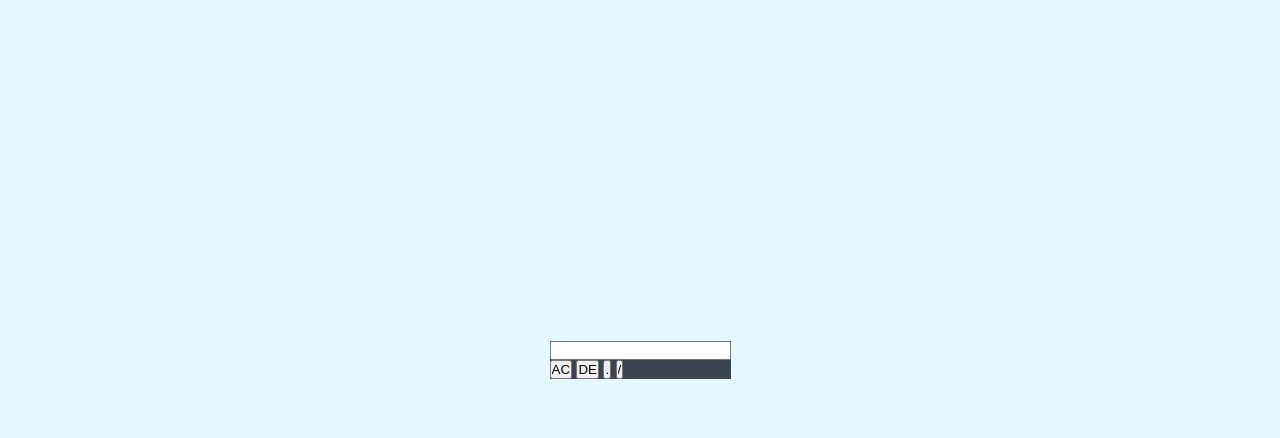
Repository: YAAMAR/calculator
Page: index.html
An editor plug-in stored every save of this project. The page is shown before and after a run of saves, followed by the edit.
The browser window is 1280 px wide. The pictures show the whole page.

Above is the page before, as saved 2024-05-02 21:25:09.

After the next 4 saves:
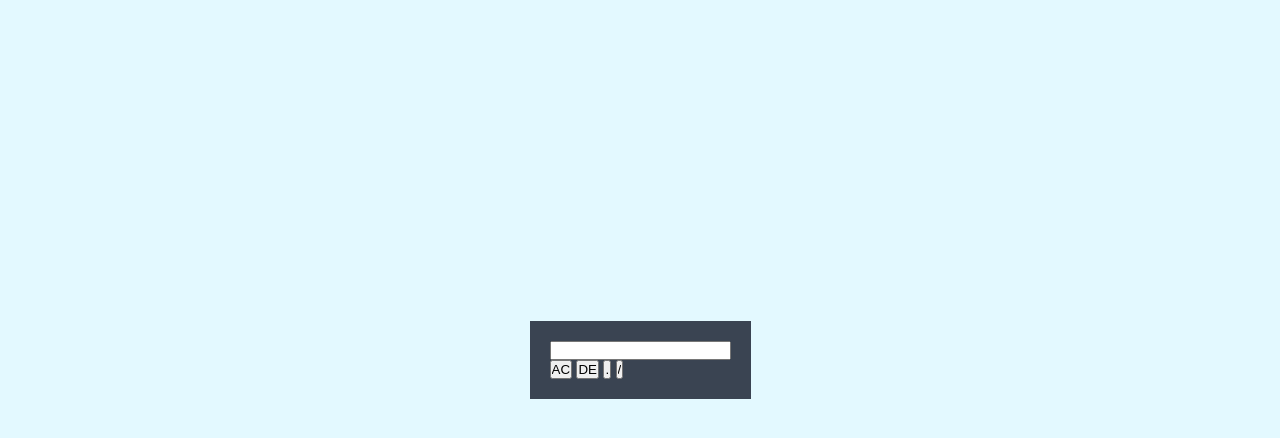
The 4 saves are shown as one change because they came seconds apart.
The last was saved 12 s later.
--- a/style.css
+++ b/style.css
@@ -14,5 +14,6 @@
 }
 .calculator{
     background: #3a4452;
-    padding: ;
+    padding: 20px;
+    border-radius: ;
 }
